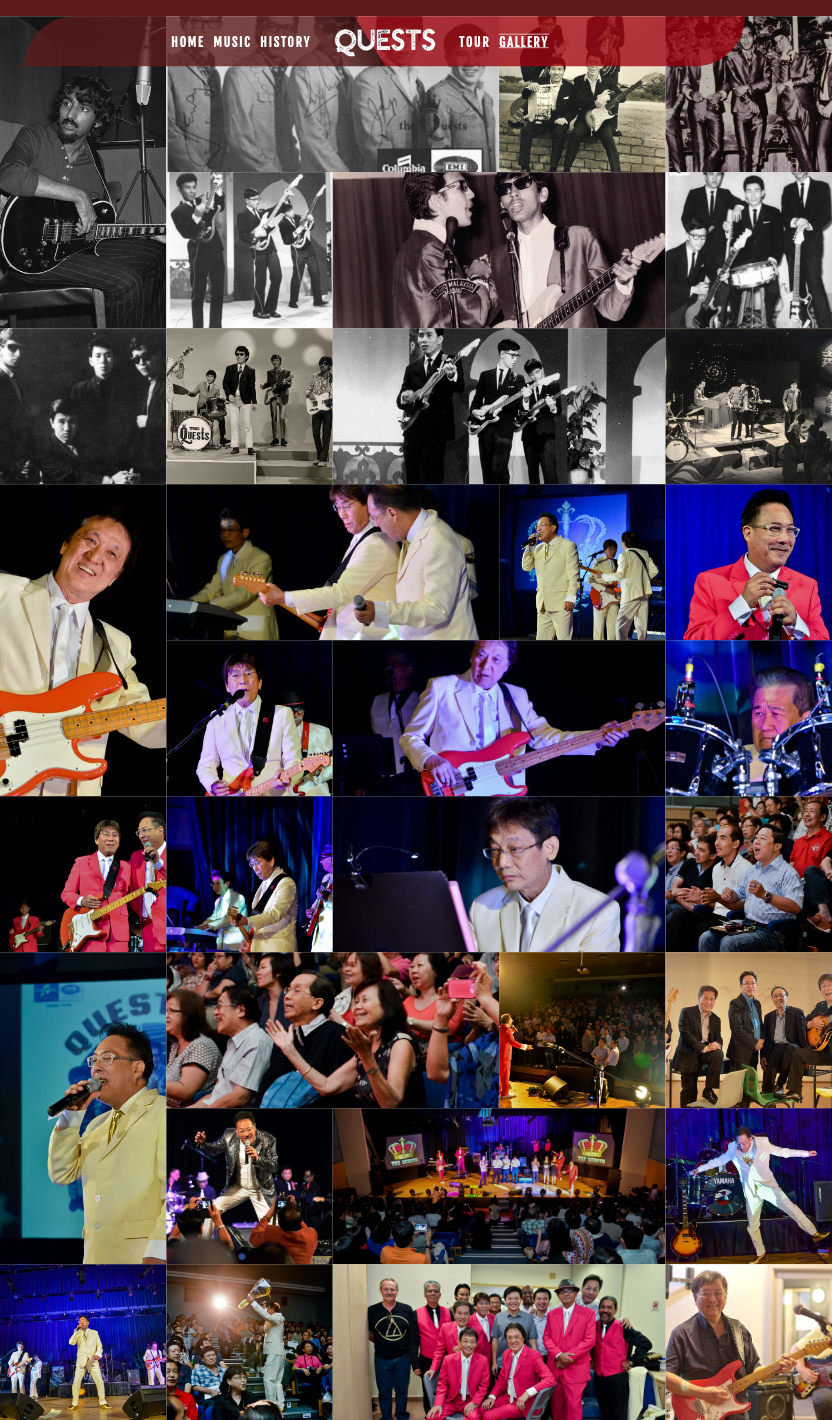
Repository: SamLookingGlass/User-Centric-Frontend-Development-Project
Page: gallery.html
The author's editor kept a record of every edit. The page is drawn from the files as they stood at one moment, then again after the next edit.
The browser window is 1280 px wide. The pictures show the whole page, at 65% of full size.
Some web libraries are served in a nearby version.

Above is the page before.

After the next edit:
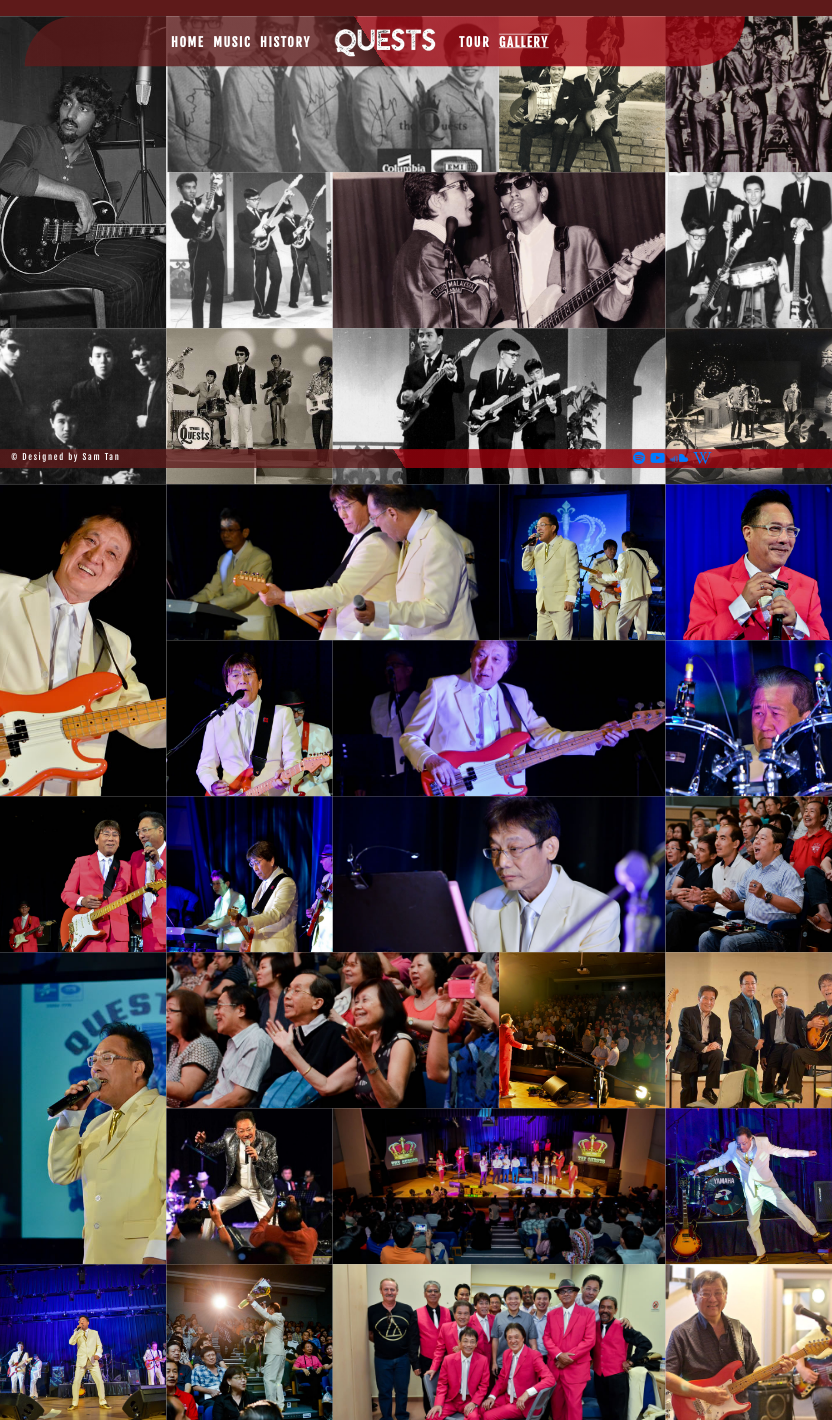
The edit:
--- a/gallery.html
+++ b/gallery.html
@@ -98,6 +98,22 @@
         </div>
 </body>
 </section>
+<footer class="fixed-bottom fontfooter" id="navbg1">
+    <div class="container-fluid">
+        <div class="row">
+            <div class="col-3">© Designed by Sam Tan </div>
+            <div class="col-6 d-lg-flex justify-content-center"></div>
+            <div class="col-3">
+                <!--<a href=""><i class="fa fa-facebook-square" style="font-size:22px"></i></a>-->
+                <a href="https://open.spotify.com/artist/4AOgY5YwQw4d5pgEX3f56A" target="_blank"><i class="fa fa-spotify" style="font-size:22px"></i></a>
+                <a href="https://www.youtube.com/user/JoeWuSeattleWaUSA/featured" target="_blank"><i class="fa fa-youtube-play" style="font-size:22px"></i></a>
+                <a href="https://soundcloud.com/user-73693220/keith-locke-the-quests-dont-1" target="_blank"><i class="fa fa-soundcloud" style="font-size:22px"></i></a>
+                <a href="https://en.wikipedia.org/wiki/The_Quests" target="_blank"><i class="fa fa-wikipedia-w" style="font-size:22px"></i></a>
+            </div>
+        </div>
+    </div>
+</footer>
+
 
 <!-- Optional JavaScript -->
 <!-- jQuery first, then Popper.js, then Bootstrap JS -->
